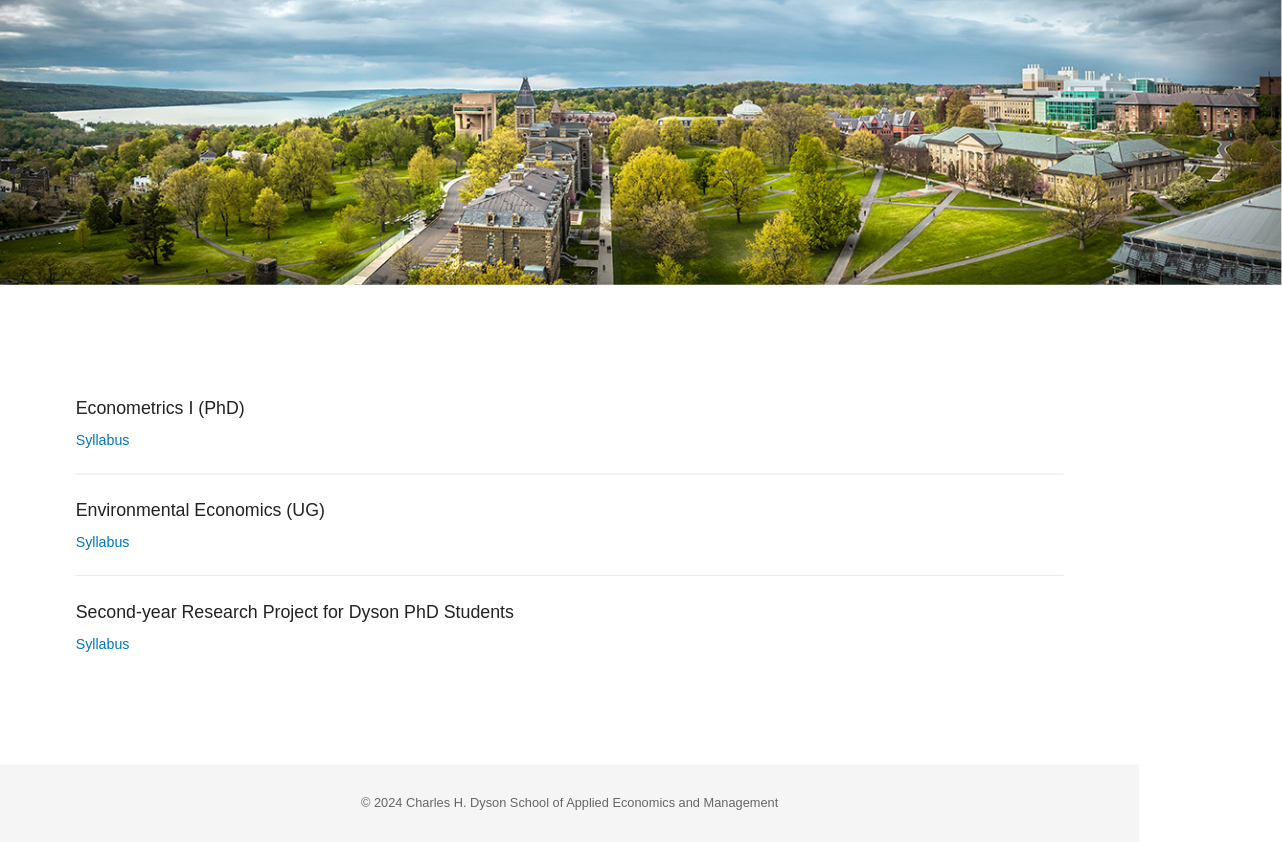
Repository: huang-heavenly-Emperor/k1_project
Page: teaching.html
The author's editor kept a copy of each file at every save. The page is drawn from the files as they stood at one save, then again after a run of saves.
The browser window is 1280 px wide. The page is 1440 px wide, so the pictures cover 1440 px, including what lies to the right of the window. The pictures show the whole page, at 89% of full size.

Above is the page before, as saved 2024-11-17 06:14:03.

After the next 4 saves:
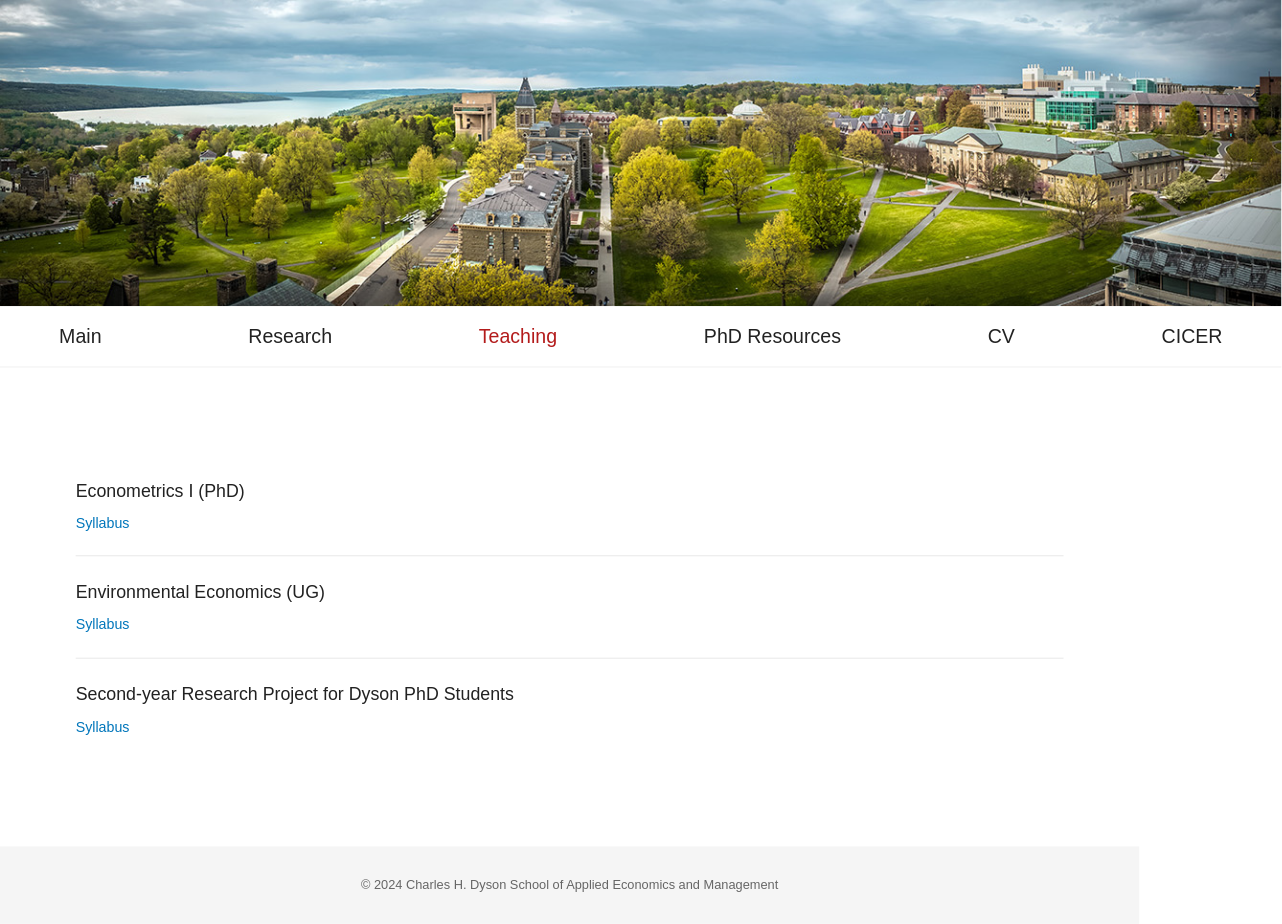
The 4 saves are shown as one change because they came seconds apart.
The last was saved 21 s later.
--- a/common.css
+++ b/common.css
@@ -1,9 +1,8 @@
-
 /* Header Styles */
 .site-header {
   position: relative;
   width: 1440px;
-  height: 320px;
+  height: max-content;
   margin: 0 auto;
   overflow: hidden;
 }
